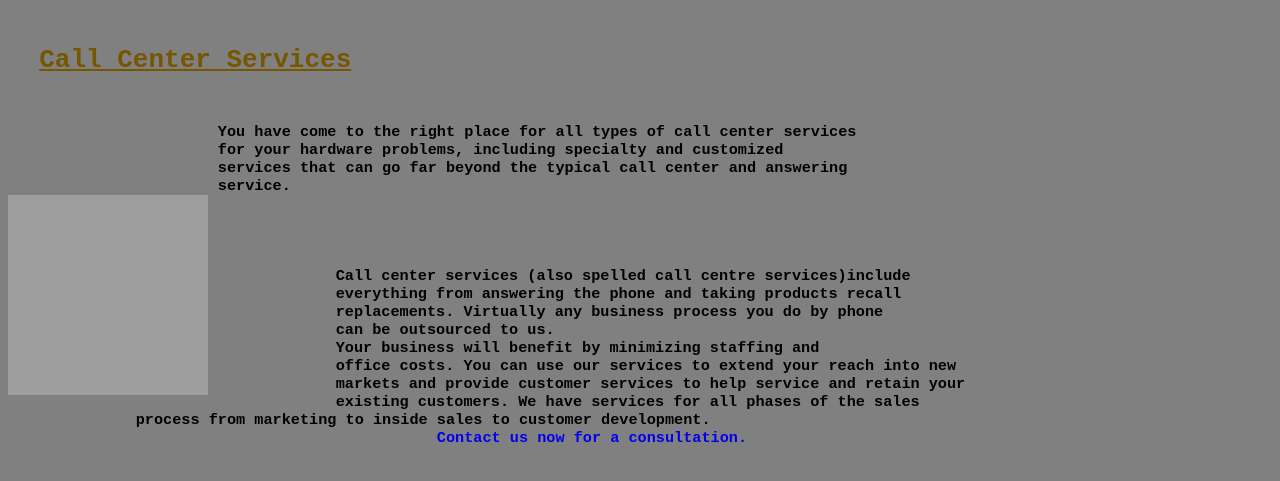
Repository: Ankitr93/CallCenterMgmt
Page: http://localhost/CallCenterManagement/services.jsp
These files come from the project's save history. The page is drawn as it stood at one moment and after the next save; the edit follows.
The browser window is 1280 px wide. The pictures show the whole page.
Pictures or frames that could not be fetched are drawn as grey boxes. The page is served by Tomcat 9.

Above is the page before, as saved 2013-07-07 15:59:12.

After the next save:
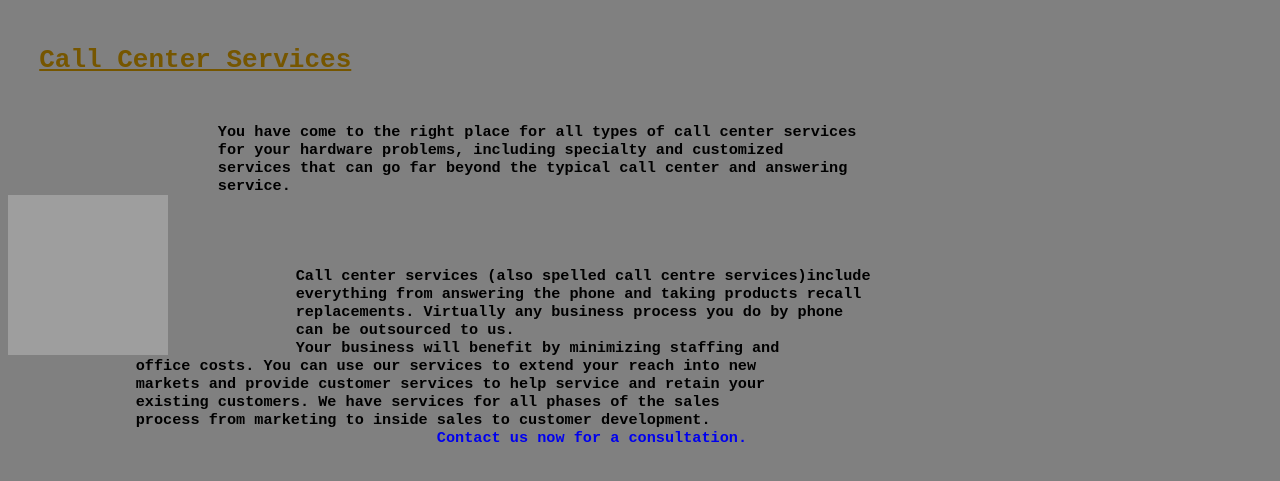
Saved 50 s later.
--- a/CallCenterManagement/CallCenterManagement1/CallCenterManagement/WebContent/services.jsp
+++ b/CallCenterManagement/CallCenterManagement1/CallCenterManagement/WebContent/services.jsp
@@ -15,7 +15,7 @@
                        for your hardware problems, including specialty and customized
                        services that can go far beyond the typical call center and answering
                        service.
-<a><img src="C:\Users\SHAMIK\CallCenterManagement1\1.jpg" height="200"width="200" align="left"></a>
+<a><img src="C:\Users\SHAMIK\CallCenterManagement1\1.jpg" height="160"width="160" align="left"></a>
 
 
 
